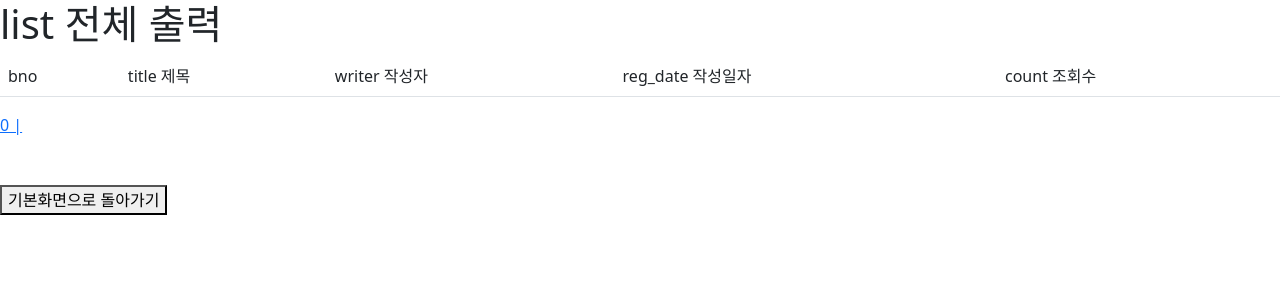
Repository: jungeunpark980906/back.jsp_study
Page: http://localhost/jsp_project2/board/list.jsp
The author's editor kept a copy of each file at every save. The page is drawn from the files as they stood at one save, then again after the next save.
The browser window is 1280 px wide. The pictures show the whole page.
The page is served by Tomcat 9. Other server files are loaded and not shown. The template is opened directly, without the code that normally fills it, so the values that code supplies are empty.

Above is the page before, as saved 2023-05-23 08:38:39.

### jsp_project2/jsp_project2/src/main/webapp/board/list.jsp
<%@ page language="java" contentType="text/html; charset=UTF-8"
    pageEncoding="UTF-8"%>
<%@ taglib prefix="c" uri="http://java.sun.com/jsp/jstl/core" %>
<!DOCTYPE html>
<html>
<head>
<meta charset="UTF-8">
<link href="https://cdn.jsdelivr.net/npm/bootstrap@5.1.3/dist/css/bootstrap.min.css" rel="stylesheet" integrity="sha384-1BmE4kWBq78iYhFldvKuhfTAU6auU8tT94WrHftjDbrCEXSU1oBoqyl2QvZ6jIW3" crossorigin="anonymous">
<title>List 전체출력페이지</title>

	</head>
<body>
	<h1>list 전체 출력</h1>
	<table class="table table-hover">
		<thead>
			<tr>
				<td>bno</td>
				<td>title 제목</td>
				<td>writer 작성자</td>
				<td>reg_date 작성일자</td>
				<td>count 조회수</td>
			</tr>
		</thead>

		<tbody>
			<c:forEach items="${list }" var="list">
			<tr>
				<td>${list.bno }</td>
				<td><a href="detail?bno=${list.bno}">${list.title }</a></td>
				<td>${list.writer }</td>
				<td>${list.reg_date }</td>
				<td>${list.count }</td>
			</tr>
			</c:forEach>
		</tbody>
	</table>



	<!-- 페이지네이션의 위치 -->
	<!-- 이전페이지 -->
	<c:if test="${pgh.prev }">
	<a href="/brd/page?pageNo=${pgh.startPage-1 }&qty=${pgh.pgvo.qty}">이전</a>
	</c:if>

	<!-- controller에서 page의 정보를 싣고 와야 츨력~! -->
	<!-- 1~endpage까지 숫자 반복 -->
	<c:forEach begin="${pgh.startPage }" end="${pgh.endPage }" var="i">
		<a href="/brd/page?pageNo=${i }&qty=${pgh.pgvo.qty }">${i }  |</a>
	</c:forEach>

	<!-- 다음페이지 -->
	<c:if test="${pgh.next }">
	<a href="/brd/page?pageNo=${pgh.endPage+1 }&qty=${pgh.pgvo.qty}">▶</a>
	</c:if>

	<br><br><br>
	<a href="/"><button>기본화면으로 돌아가기</button></a>

</body>
</html>

After the next save:
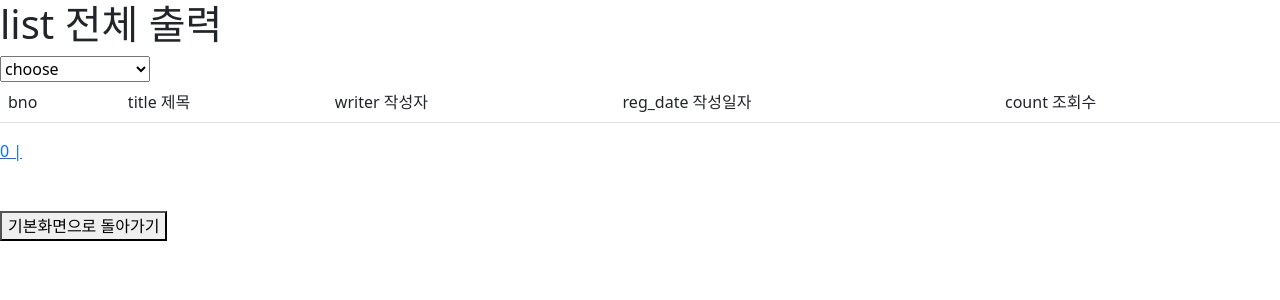
Saved 17 h 57 min later.
--- a/jsp_project2/jsp_project2/src/main/webapp/board/list.jsp
+++ b/jsp_project2/jsp_project2/src/main/webapp/board/list.jsp
@@ -11,6 +11,28 @@
 	</head>
 <body>
 	<h1>list 전체 출력</h1>
+
+	<!-- 검색 -->
+	<form action="/brd/page" method="post">
+		<div>
+			<select name="type">
+				<option value="">choose</option>
+				<option value="">title</option>
+				<option value="">content</option>
+				<option value="">writer</option>
+				<option value="">title or contnent</option>
+				<option value="">title or writer</option>
+				<option value="">content or writer</option>
+
+			</select>
+		</div>
+
+
+
+
+	</form>
+
+
 	<table class="table table-hover">
 		<thead>
 			<tr>
